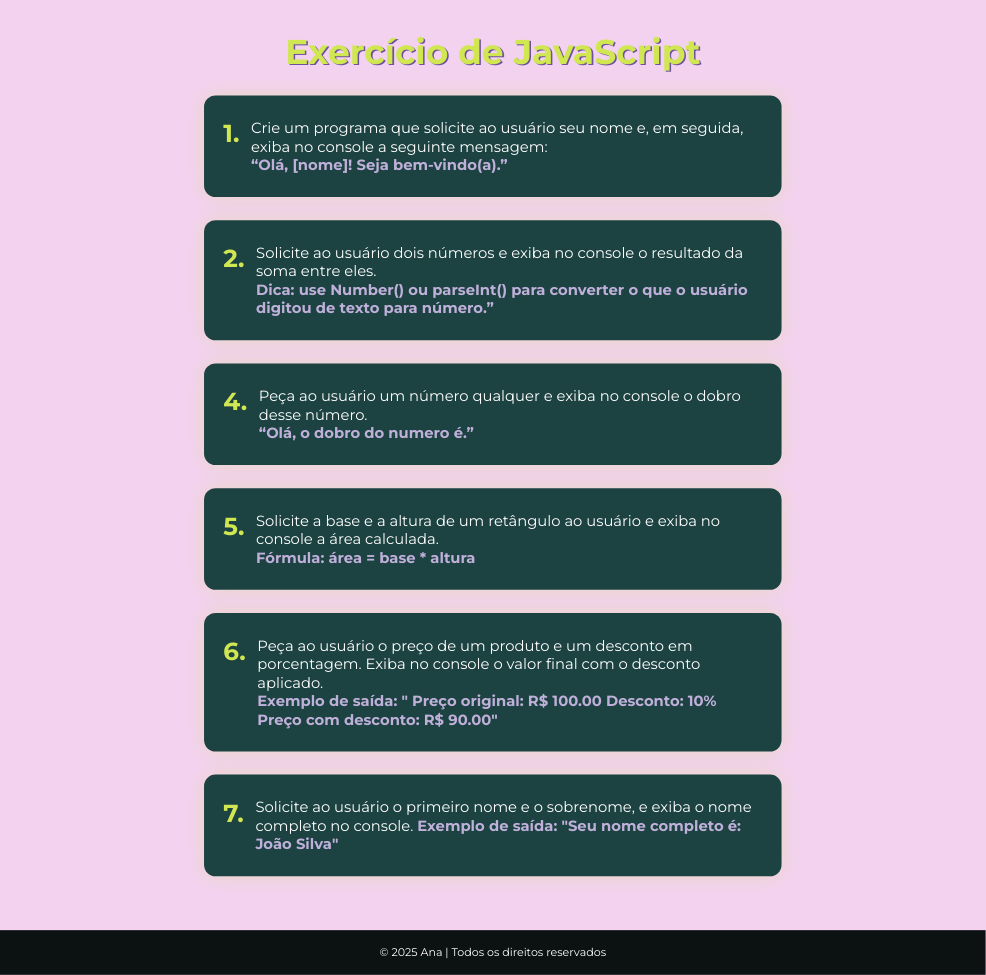
Repository: Anajaraa/atividadeJS
Page: index.html
The author's editor kept a copy of each file at every save. The page is drawn from the files as they stood at one save, then again after the next save.
The browser window is 1280 px wide. The pictures show the whole page, at 77% of full size.
Some web fonts or font styles are not loaded; a fallback is used.

Above is the page before, as saved 2025-08-05 12:17:42.

After the next save:
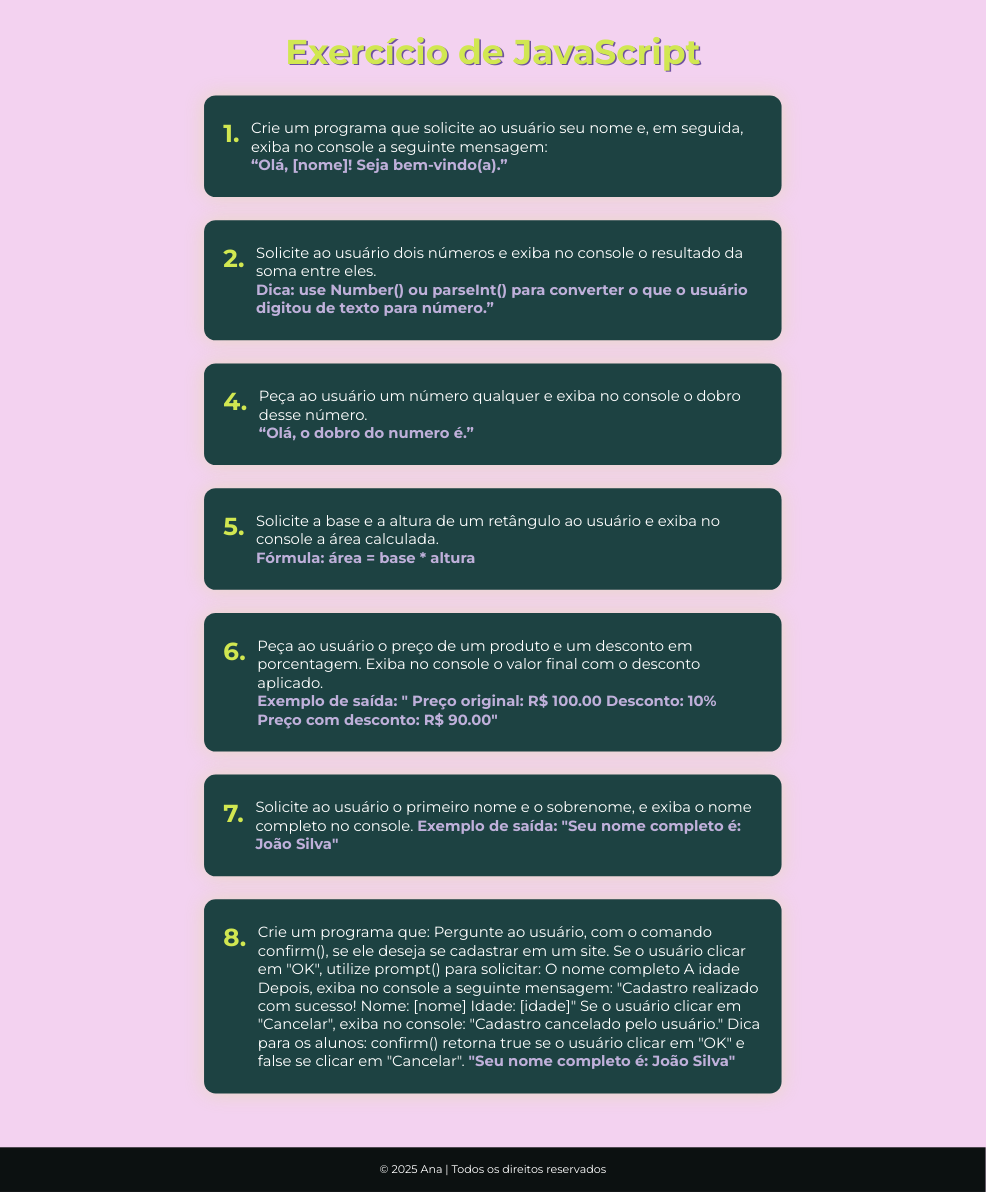
Saved 2 min 22 s later.
--- a/index.html
+++ b/index.html
@@ -64,6 +64,34 @@
       </p>
     </section>
 
+    <section class="card">
+      <p class="numero">8.</p>
+      <p class="descricao">
+        Crie um programa que:
+
+Pergunte ao usuário, com o comando confirm(), se ele deseja se cadastrar em um site.
+
+Se o usuário clicar em "OK", utilize prompt() para solicitar:
+
+O nome completo
+
+A idade
+
+Depois, exiba no console a seguinte mensagem:
+"Cadastro realizado com sucesso!
+  Nome: [nome]
+  Idade: [idade]"
+
+Se o usuário clicar em "Cancelar", exiba no console:
+   "Cadastro cancelado pelo usuário."
+
+Dica para os alunos:
+
+confirm() retorna true se o usuário clicar em "OK" e false se clicar em "Cancelar".
+<strong>"Seu nome completo é: João Silva"</strong>
+      </p>
+    </section>
+
   </main>
 
   <footer>
